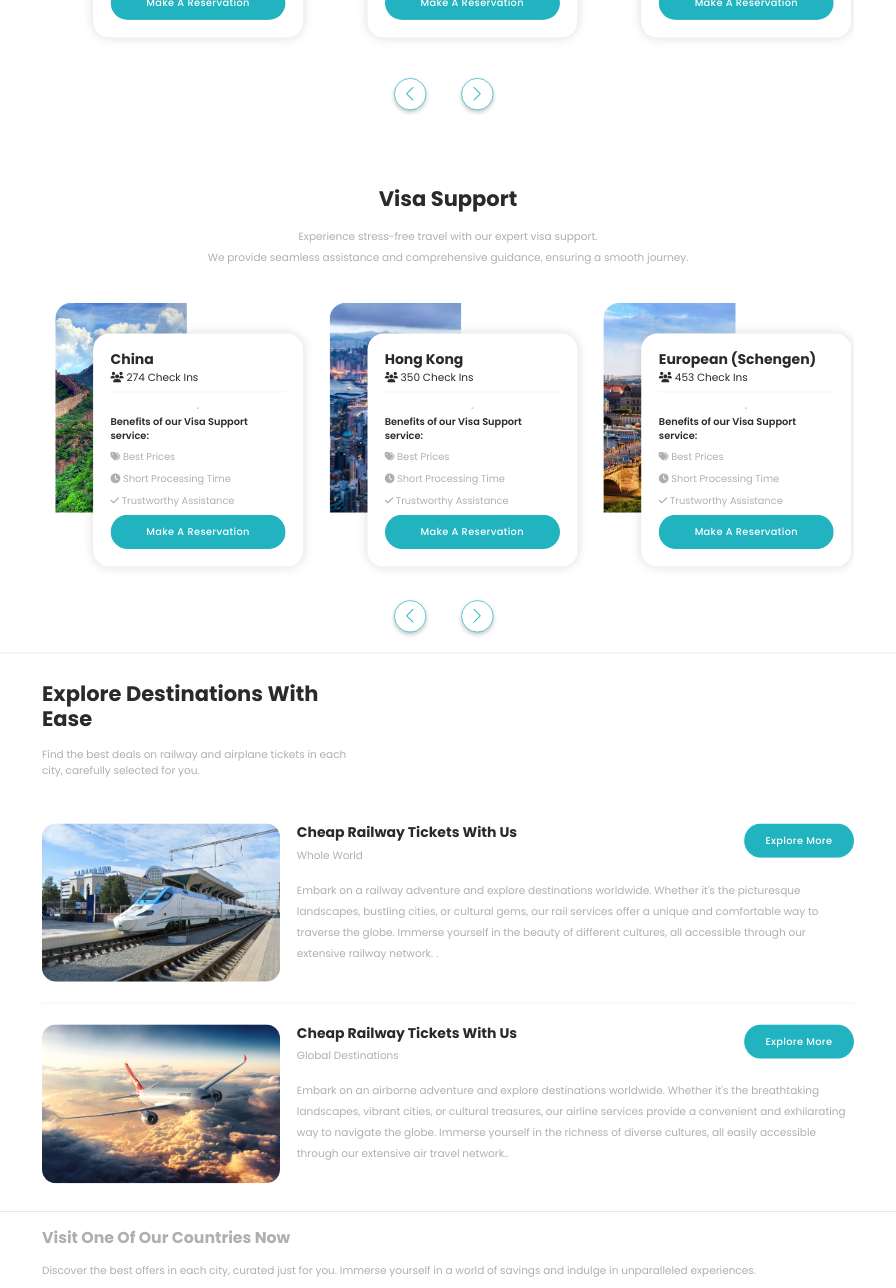
Repository: asadbekdev07/asadbekdev-zamontour-react
Page: /
The author's editor kept a copy of each file at every save. The page is drawn from the files as they stood at one save, then again after the next save.
The browser window is 1280 px wide. The pictures show the part of the page from y = 1239 to 3159 px (the page is 3079 px tall before and 3159 px after), at 70% of full size.
The project was rebuilt for these pictures with package versions that can differ from the ones it lists, and the page was loaded fresh each time. Also part of the build but not shown: vite.config.js.

Above is the page before, as saved 2024-05-26 19:04:59.

After the next save:
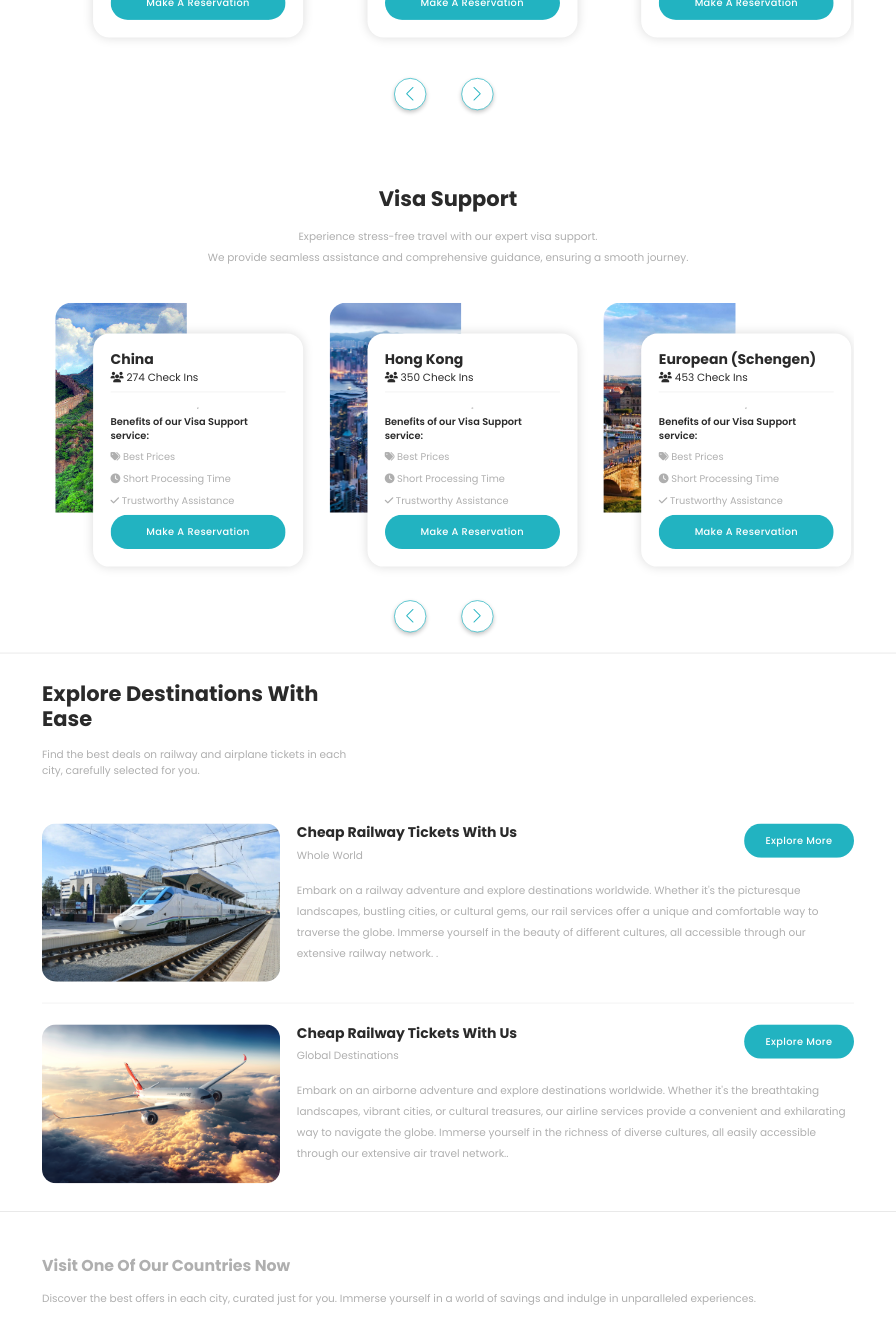
Saved 39 s later.
--- a/src/assets/styles/index.css
+++ b/src/assets/styles/index.css
@@ -658,6 +658,11 @@ select:-webkit-autofill:focus {
   display: none;
 }
 
+/* VISIT  */
+.visit {
+  padding: 40px;
+}
+
 @media only screen and (min-width: 1000px) and (max-width: 1200px) {
   .offers__card {
     width: 30%;
